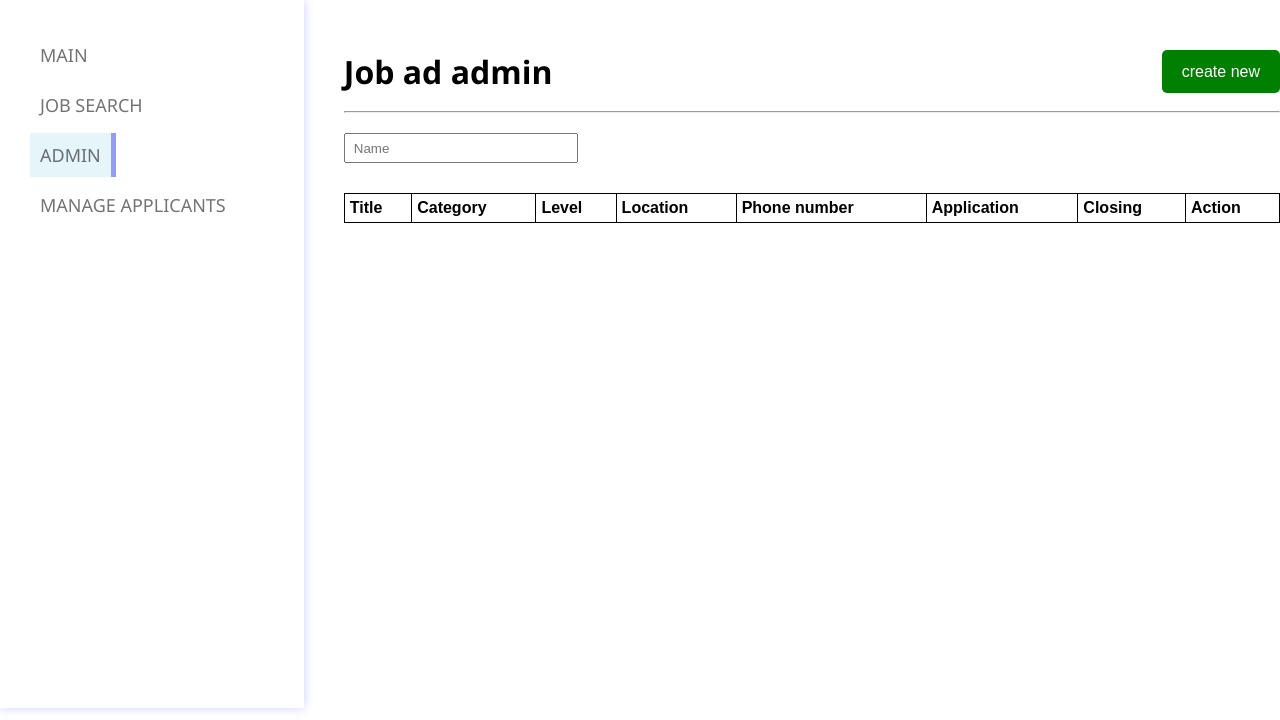
Repository: ismoil3/todo-users
Page: admin page/admin.html
An editor plug-in stored every save of this project. The page is shown before and after the next save, followed by the edit.
The browser window is 1280 px wide. The pictures show the whole page.
The page's requests for data from a server got no answer.

Above is the page before, as saved 2024-08-23 12:44:14.

After the next save:
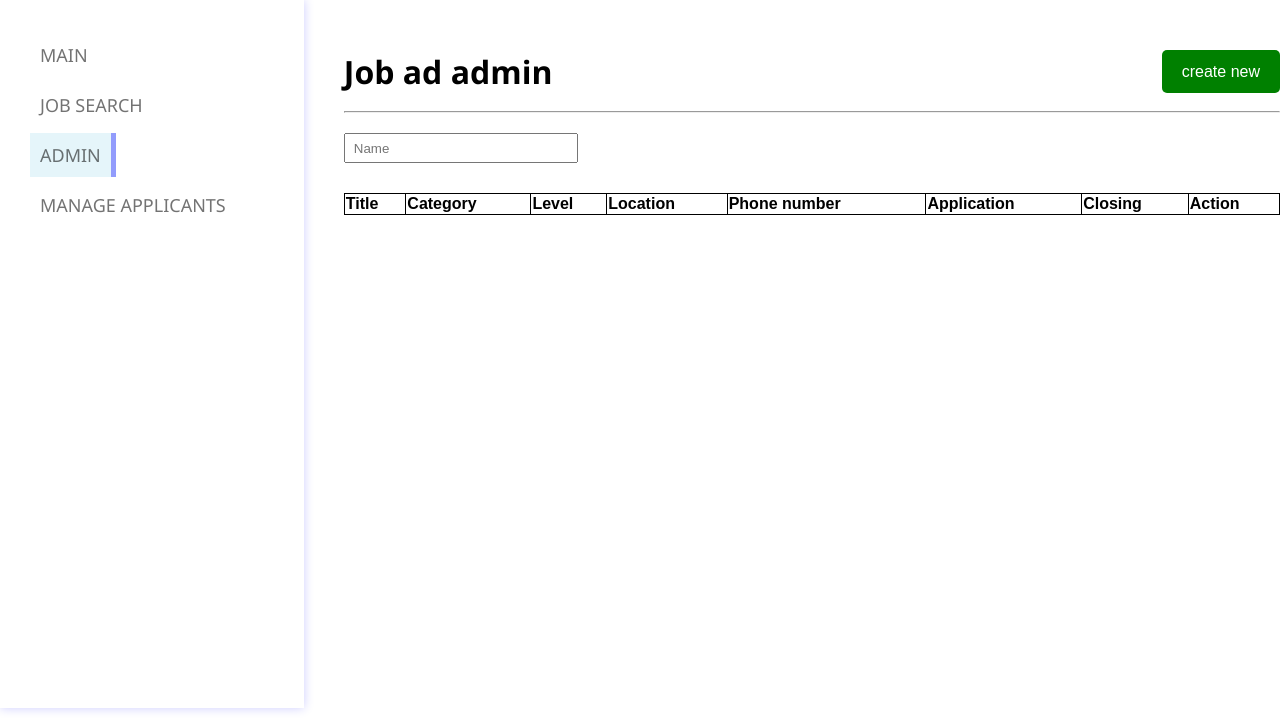
Saved 8 s later.
--- a/admin page/admin.css
+++ b/admin page/admin.css
@@ -12,7 +12,7 @@ table,
 th,
 td {
   border: 1px solid black;
-  padding: 5px;
+  padding: 5=10px;
 }
 th{
   text-align: start;
